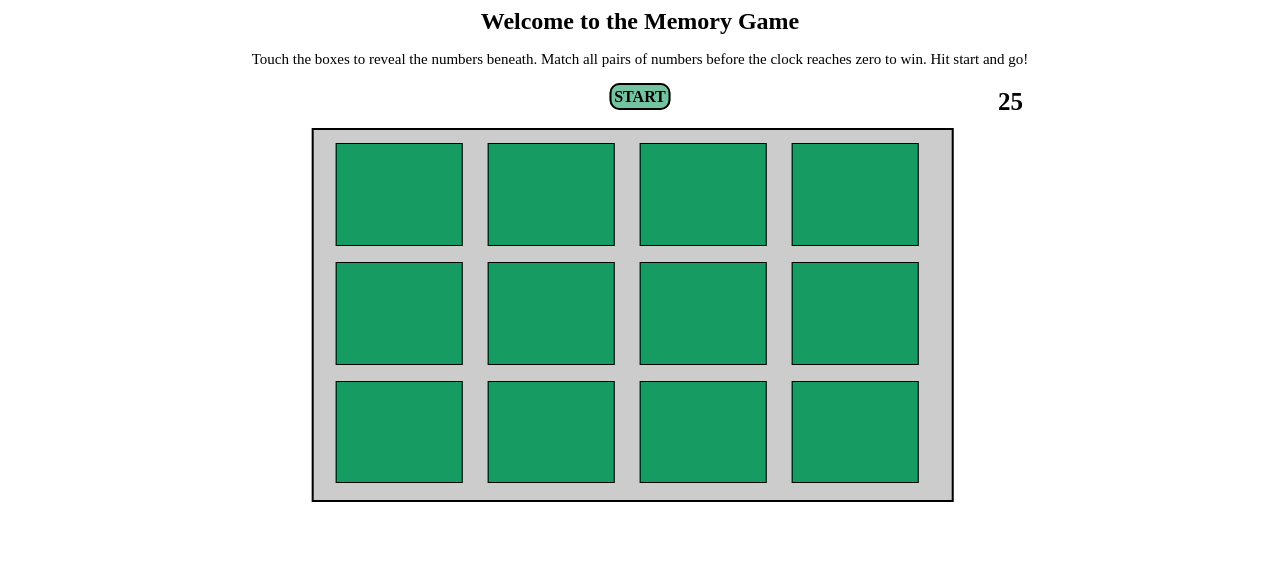
Repository: Code-Institute-Submissions/InteractiveMilestoneProject
Page: index.html
The author's editor kept a record of every edit. The page is drawn from the files as they stood at one moment, then again after the next edit.
The browser window is 1280 px wide. The pictures show the whole page.

Above is the page before.

After the next edit:
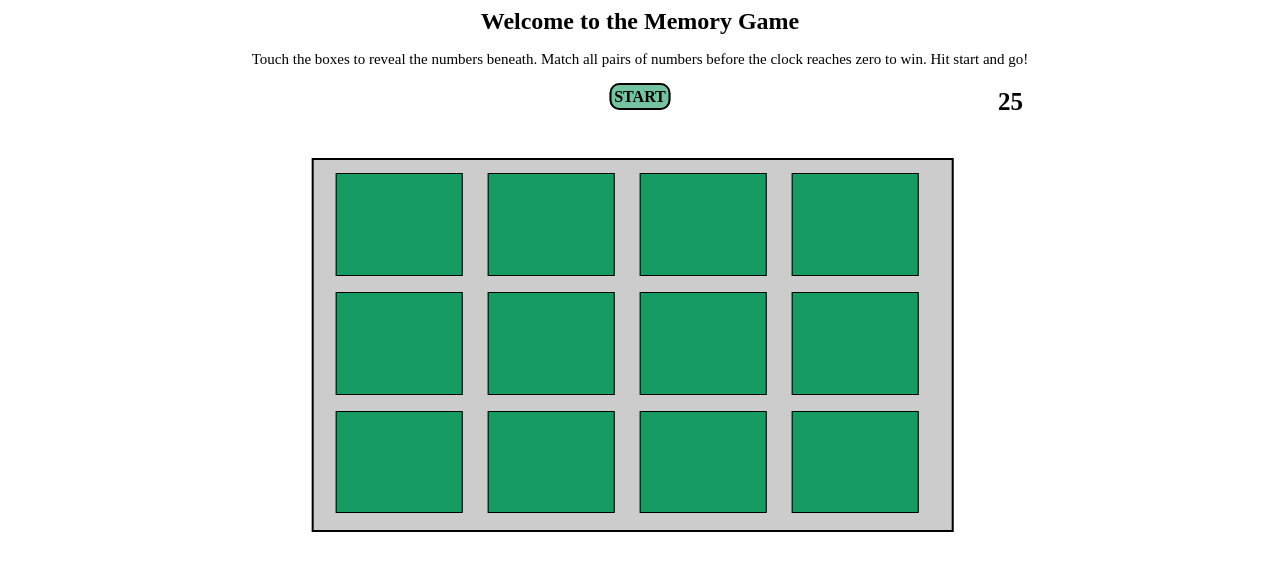
The edit:
--- a/css/style.css
+++ b/css/style.css
@@ -152,7 +152,7 @@
      }
      #table_memoria {
          height: 60%;
-         top: 120px;
+         top: 150px;
          max-width: 630px;
          max-height: 400px;
      }
